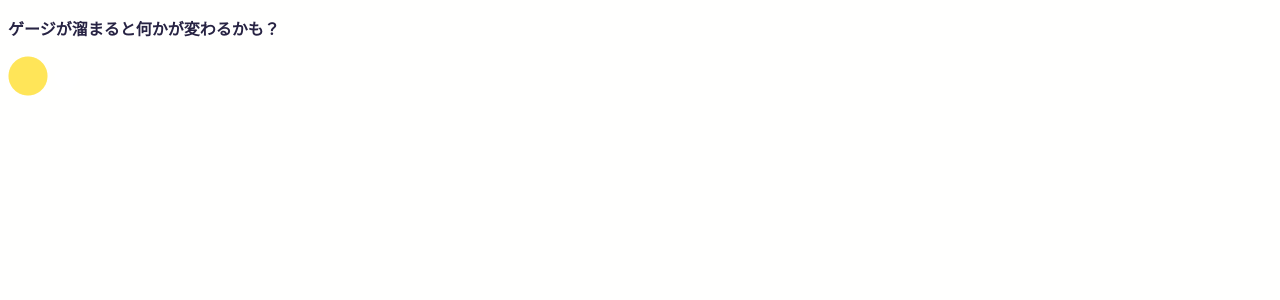
Repository: misaki0919/Self-care
Page: home_page.html
These files come from the project's save history. The page is drawn as it stood at one moment and after the next save; the edit follows.
The browser window is 1280 px wide. The pictures show the whole page.
Some web fonts or font styles are not loaded; a fallback is used.

Above is the page before, as saved 2026-07-20 18:48:21.

### home_page.html
<!DOCTYPE html>
<html lang="jp">
<head>
    <meta charset="UTF-8">
    <meta name="viewport" content="width=device-width, initial-scale=1.0">
    <title>ホーム画面</title>
    <link href="css/support.css" rel="stylesheet">
    <link rel="preconnect" href="https://fonts.googleapis.com">
    <link rel="preconnect" href="https://fonts.gstatic.com" crossorigin>
    <link href="https://fonts.googleapis.com/css2?family=Archivo+Black&family=Noto+Serif+JP:wght@200..900&family=Zen+Maru+Gothic&display=swap" rel="stylesheet">

</head>
<body>
    <div class="header-wrap">
        <p class="ge-ji zen-maru-gothic-regular">ゲージが溜まると何かが変わるかも？</p>
        <div class="images-wrap">
            <img src="images/Ellipse 17.png" alt="黄色の丸">
            <img src="images/heart.png" alt="ハート">
        </div>

    </div>
</body>
</html>

### css/support.css
body{
    background-color: #FFFFFE;
    color: #272343;
    /* padding-left: 24px;
    padding-right: 24px; */
}
.zen-maru-gothic-regular {
    font-family: "Zen Maru Gothic", sans-serif;
    font-weight: 600;
    font-style: normal;
}
.circle_wrap{
    display: flex;
    justify-content: center;
    margin-top: 76px;
    gap: 28px;
    align-items: center;
    .diffrent_circle{
        width: 30px;
        height: 30px;
        background-color: #E3F6F5;
        border-radius: 50%;

    }
    .circle{
        width: 18px;
        height: 18px;
        background-color: #E3F6F5;
        border-radius: 50%;
        text-align: center;

    }
}
.support{
    font-size: 16px;
    margin: 26px 38px 0 0;
    margin-left: 24px;
}
.choose{
    font-size: 16px;
    background-color: #BAE8E8;
    border-radius: 20px;
    width: 233px;
    height: 34px;
    display: flex;
    justify-content: center;
    align-items: center;
    margin-left: 80px;
    margin-bottom: 25px;
    margin-top: 38px;
}
.wrap{
    margin: 0 24px;
    background-color: #BAE8E8;
    height: 570px;
    width: 340px;
    border-radius: 20px;
    margin-bottom: 30px;
    padding-left: 10px;
    padding-right: 10px;
    .care{
        font-size: 20px;
        text-align: center;
        padding-top: 20px;
    }
    ul{
        display: flex;
        justify-content: space-between;
        flex-wrap: wrap;
        padding:0;
        gap: 25px;

        li{
            background-color: #FFFFFF;
            display: flex;
            justify-content: center;
            border-radius: 20px;
            list-style: none;
            height: 140px;
            width: 150px;
            align-items: center;
            font-size: 20px;
            a{
                text-decoration: none;
                color: #272343;
            }
            input{
                display: none;
            }
            label{
                width:100%;
                height:100%;
                display:flex;
                flex-direction:column;
                justify-content:center;
                align-items:center;
                text-align:center;
                cursor:pointer;
                border-radius:20px;
            }
        }
        input[type="checkbox"] + label{
            border: solid 1px tomato;
            border: none;
            width:163px;
            height: 144px;
            }
        input[type="checkbox"]:checked + label{
            border: solid 1px #FFE558;
            border-radius: 20px;
            }
    }
}


images-wrap{
    position: relative;
}

.next{
    margin-left: 24px;
    font-size: 20px;
    background-color: #FFE558;
    border-radius: 20px;
    padding: 16px 150px;
    text-align: center;
    text-decoration: none;
    color: #272343;
    box-shadow: #7b7b7b 0px 4px 4px 0px;
}

.images{
    width: 30px;
    position: absolute;
    right: 20px;
    /* background-color: tomato; */
    margin-right: 30px;
}

After the next save:
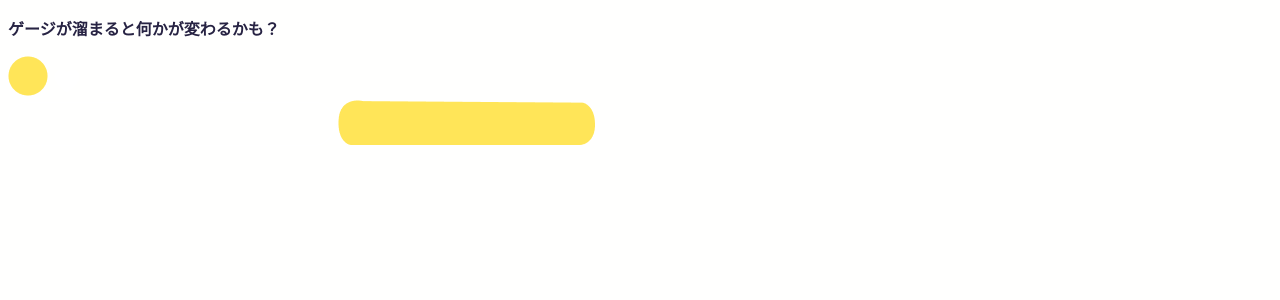
Saved 2 min 7 s later.
--- a/home_page.html
+++ b/home_page.html
@@ -17,7 +17,8 @@
             <img src="images/Ellipse 17.png" alt="黄色の丸">
             <img src="images/heart.png" alt="ハート">
         </div>
-
+        <img src="images/Rectangle 5.png" alt="">
+        <img src="images/Vector 1.png" alt="">
     </div>
 </body>
 </html>
